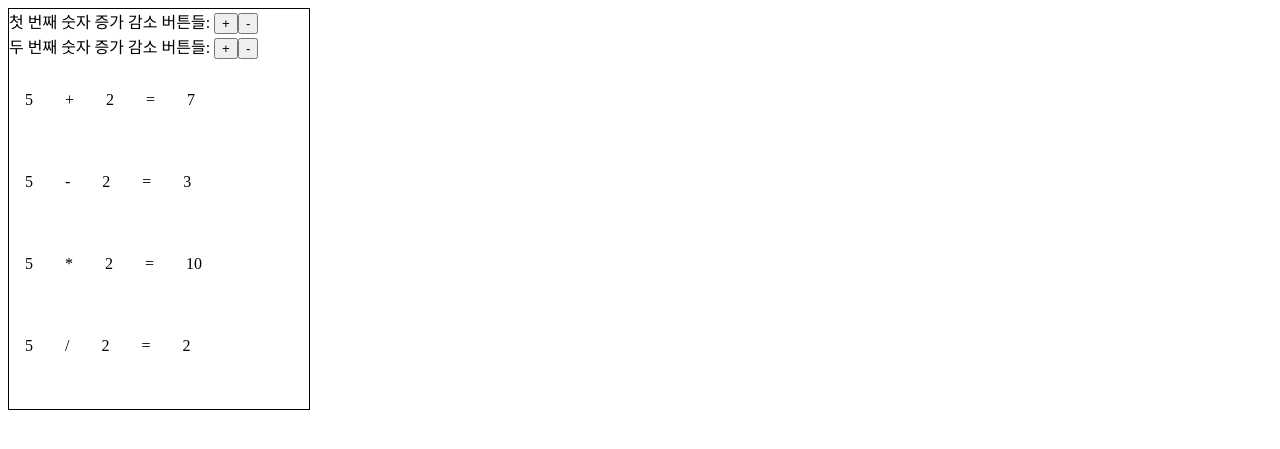
Repository: SeungYn/design-pattern
Page: mvc/index.html
These files come from the project's save history. The page is drawn as it stood at one moment and after the next save; the edit follows.
The browser window is 1280 px wide. The pictures show the whole page.

Above is the page before, as saved 2023-05-11 01:06:31.

After the next save:
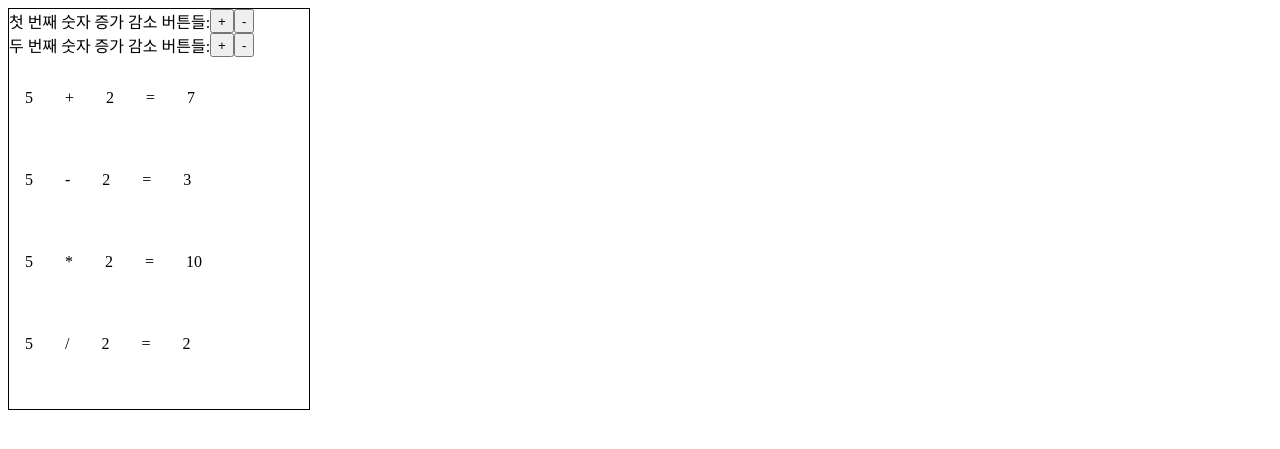
Saved 33 min 42 s later.
--- a/mvc/style.css
+++ b/mvc/style.css
@@ -11,3 +11,7 @@
 .calc-board__expression p {
   padding: 1rem;
 }
+
+.calc-board__button-group {
+  display: flex;
+}
